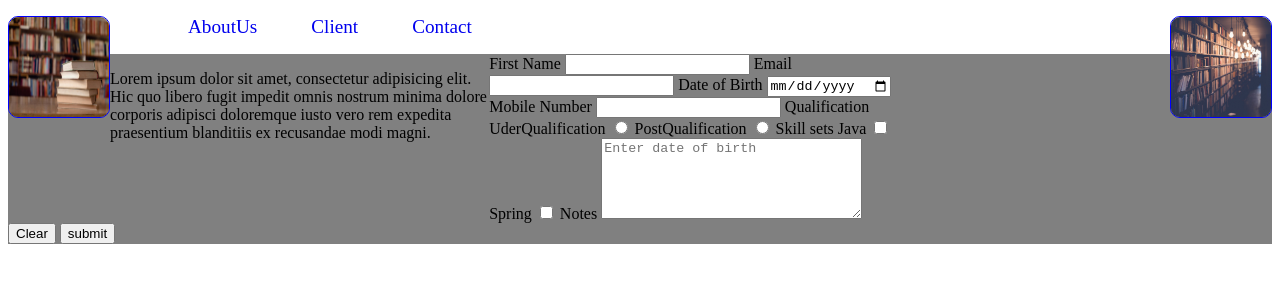
Repository: venkatesakki/JavaDeveloper
Page: html_examples/src/main/webapp/register.html
An editor plug-in stored every save of this project. The page is shown before and after the next save, followed by the edit.
The browser window is 1280 px wide. The pictures show the whole page.

Above is the page before, as saved 2022-06-23 06:28:54.

After the next save:
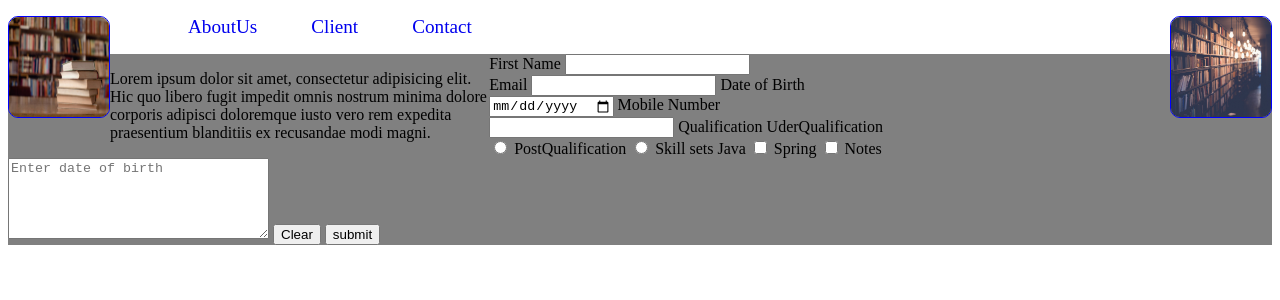
Saved 81 s later.
--- a/html_examples/src/main/webapp/register.html
+++ b/html_examples/src/main/webapp/register.html
@@ -3,19 +3,18 @@
 <head>
 <meta charset="UTF-8">
 <title>Register User</title>
-<link href="images/jetslogo.png" type="image/png" rel="icon"/>
+<link href="images/jetslogo.png" type="image/png" rel="icon" />
 <link href="styles/style.css" type="text/css" rel="stylesheet">
 
 <style type="text/css">
+ul>li {
+	display: inline;
+	margin-left: 50px;
+}
 
-ul>li{
-display:inline;
-
-margin-left:50px;
-}
-a{
-text-decoration: none;
-font-size: 1.2em;
+a {
+	text-decoration: none;
+	font-size: 1.2em;
 }
 
 .smallImage {
@@ -24,20 +23,23 @@ font-size: 1.2em;
 	border: 1px solid blue;
 	border-radius: 10px;
 }
-.left{
-float:left;
+
+.left {
+	float: left;
 }
-.right{
-float:right;
+
+.right {
+	float: right;
 }
 </style>
 </head>
 <body>
 	<header>
-		<img alt="Image of Book" src="images/sample.jpg" class="smallImage left" >
-		<img alt="Image of Book" src="images/sample1.jpeg" class="smallImage right">
+		<img alt="Image of Book" src="images/sample.jpg"
+			class="smallImage left"> <img alt="Image of Book"
+			src="images/sample1.jpeg" class="smallImage right">
 		<nav>
-			<ul style="margin-left:90px">
+			<ul style="margin-left: 90px">
 
 				<li><a href="aboutus.html">AboutUs</a></li>
 				<li><a href="client.html">Client</a></li>
@@ -46,40 +48,41 @@ float:right;
 			</ul>
 		</nav>
 	</header>
-	<section style="width:100%;background-color: grey">
+	<section style="width: 100%; background-color: grey">
 
-			<article style="width:30%" class="left">
-			<p>
-			Lorem ipsum dolor sit amet, consectetur adipisicing elit.
-			Hic quo libero fugit impedit omnis nostrum minima dolore corporis adipisci doloremque
-			iusto vero rem expedita praesentium blanditiis ex recusandae modi magni.
-			</p>
+		<article style="width: 30%" class="left">
+			<p>Lorem ipsum dolor sit amet, consectetur adipisicing elit. Hic
+				quo libero fugit impedit omnis nostrum minima dolore corporis
+				adipisci doloremque iusto vero rem expedita praesentium blanditiis
+				ex recusandae modi magni.</p>
 
-			</article>
-			<article style="width:70%">
-				<form action="client.html" method="post">
-					<label for="firstName">First Name</label> <input type="text"
-						name="firstName" id="firstName" required /> <label for="email">Email</label>
-					<input type="email" name="email" id="email" multiple="multiple" />
-					<label for="birthDate">Date of Birth</label> <input type="date"
-						name="birthDate" id="birthDate" /> <label for="mobile">Mobile
-						Number</label> <input type="tel" name="mobileNumber" id="mobile"
-						pattern="[0-9]{10}" /> <label for="">Qualification</label> <label
-						for="ug">UderQualification</label> <input type="radio"
-						value="Under Graduate" name="qualidication" id="ug" /> <label
-						for="pg">PostQualification</label> <input type="radio"
-						value="Post Graduate" name="qualidication" id="pg" /> <label
-						for="skill">Skill sets</label> <label for="java">Java</label> <input
-						type="checkbox" value="java" name="skill" id="java" /> <label
-						for="spring">Spring</label> <input type="checkbox" value="spring"
-						name="skill" id="spring" /> <label for="notes">Notes</label>
-					<textarea name="notes" cols="30" rows="5" id="notes"
-						placeholder="Enter date of birth"></textarea>
+		</article>
+		<article style="width: 70%">
+			<form action="client.html" method="post">
+				<div>
+					<label for="firstName">First Name</label>
+						<input type="text" name="firstName" id="firstName" required />
+				</div>
+				<label for="email">Email</label> <input type="email" name="email"
+					id="email" multiple="multiple" /> <label for="birthDate">Date
+					of Birth</label> <input type="date" name="birthDate" id="birthDate" /> <label
+					for="mobile">Mobile Number</label> <input type="tel"
+					name="mobileNumber" id="mobile" pattern="[0-9]{10}" /> <label
+					for="">Qualification</label> <label for="ug">UderQualification</label>
+				<input type="radio" value="Under Graduate" name="qualidication"
+					id="ug" /> <label for="pg">PostQualification</label> <input
+					type="radio" value="Post Graduate" name="qualidication" id="pg" />
+				<label for="skill">Skill sets</label> <label for="java">Java</label>
+				<input type="checkbox" value="java" name="skill" id="java" /> <label
+					for="spring">Spring</label> <input type="checkbox" value="spring"
+					name="skill" id="spring" /> <label for="notes">Notes</label>
+				<textarea name="notes" cols="30" rows="5" id="notes"
+					placeholder="Enter date of birth"></textarea>
 
-					<input type="reset" value="Clear" /> <input type="submit"
-						value="submit" />
-				</form>
-			</article>
+				<input type="reset" value="Clear" /> <input type="submit"
+					value="submit" />
+			</form>
+		</article>
 
 		<footer></footer>
 	</section>
